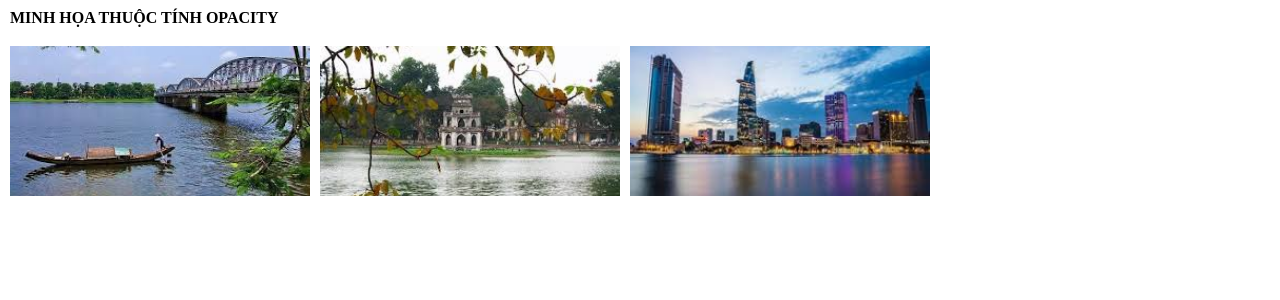
Repository: Tan-Khang21/TH_TKW--Buoi_07
Page: Bai_Tap_Tren_lop/Bai_04/Opacity1.html
An editor plug-in stored every save of this project. The page is shown before and after the next save, followed by the edit.
The browser window is 1280 px wide. The pictures show the whole page.

Above is the page before, as saved 2024-03-12 16:42:32.

After the next save:
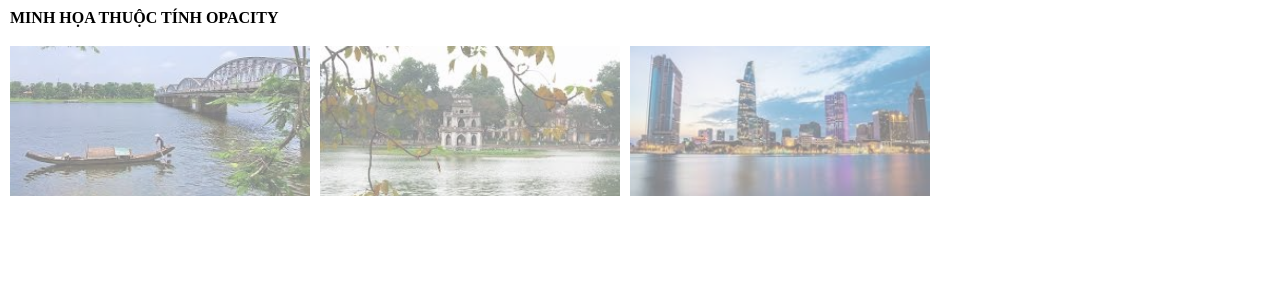
Saved 22 s later.
--- a/Bai_Tap_Tren_lop/Bai_04/style.css
+++ b/Bai_Tap_Tren_lop/Bai_04/style.css
@@ -17,6 +17,7 @@
   width: 300px;
   height: 150px;
   margin-left: 10px;
+  opacity: 0.5;
 }
 .box img {
   width: 100%;

After the save that followed:
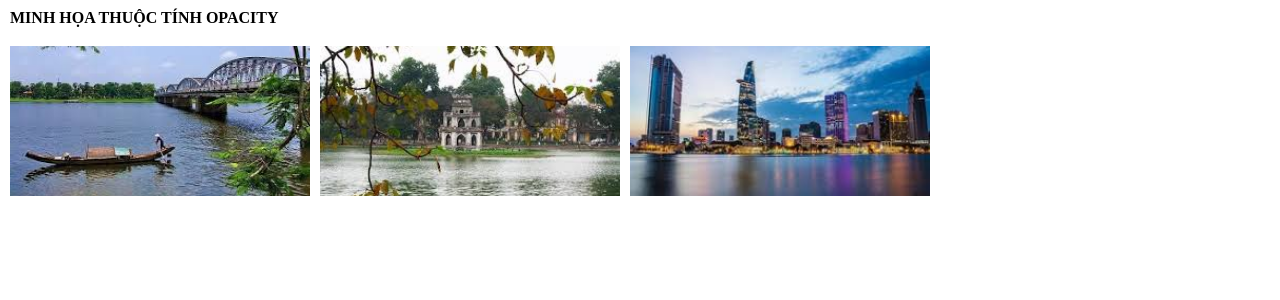
Saved 28 s later.
--- a/Bai_Tap_Tren_lop/Bai_04/style.css
+++ b/Bai_Tap_Tren_lop/Bai_04/style.css
@@ -17,10 +17,13 @@
   width: 300px;
   height: 150px;
   margin-left: 10px;
-  opacity: 0.5;
+  opacity: 1;
 }
 .box img {
   width: 100%;
   height: 100%;
   object-fit: cover;
 }
+.box:hover {
+  opacity: 0.5;
+}
